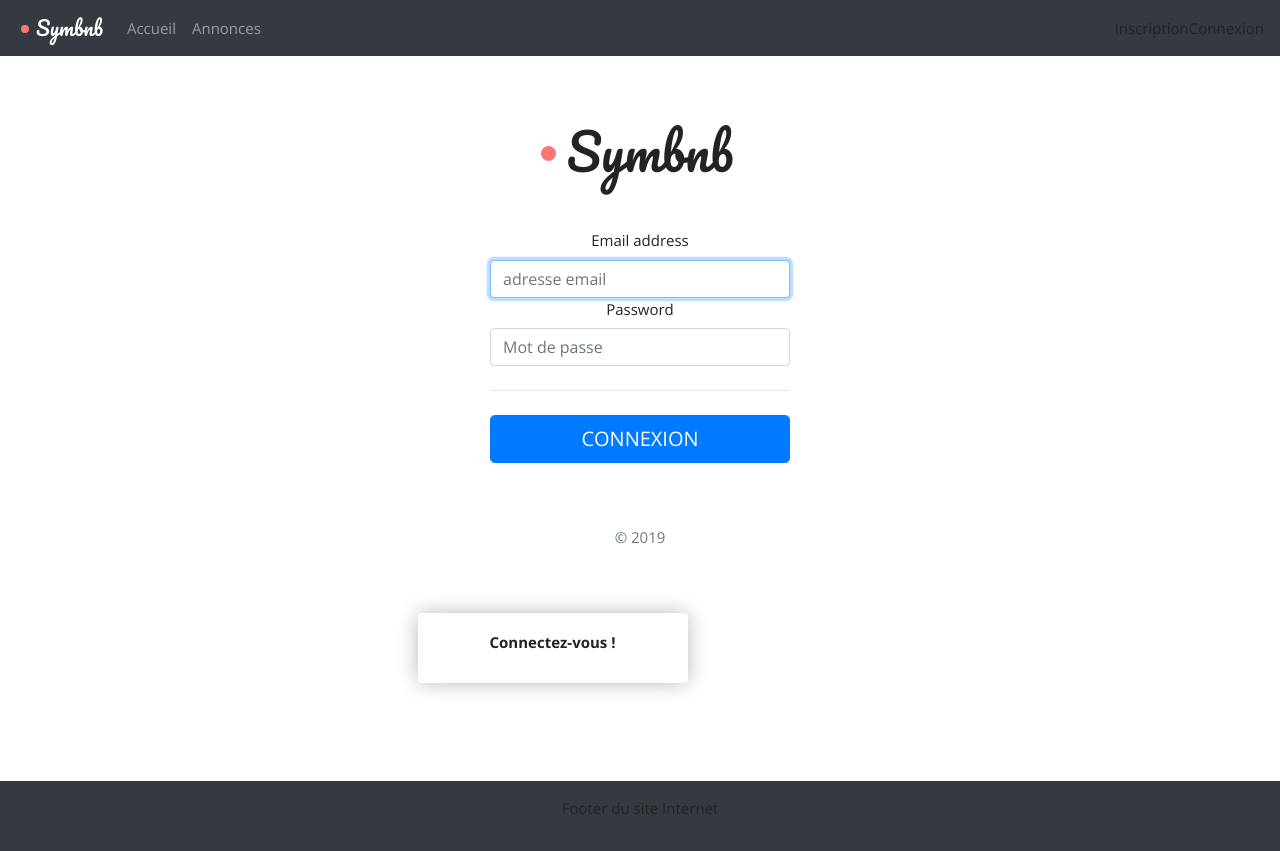
Repository: buzzEclair/symbnb
Page: templates/account/login.html.twig
An editor plug-in stored every save of this project. The page is shown before and after the next save, followed by the edit.
The browser window is 1280 px wide. The pictures show the whole page.
The page is a Twig template of a Symfony application; nobody is signed in and links lead nowhere. The template is opened directly, without the code that normally fills it, so the values that code supplies are empty.

Above is the page before, as saved 2019-03-15 14:14:03.

After the next save:
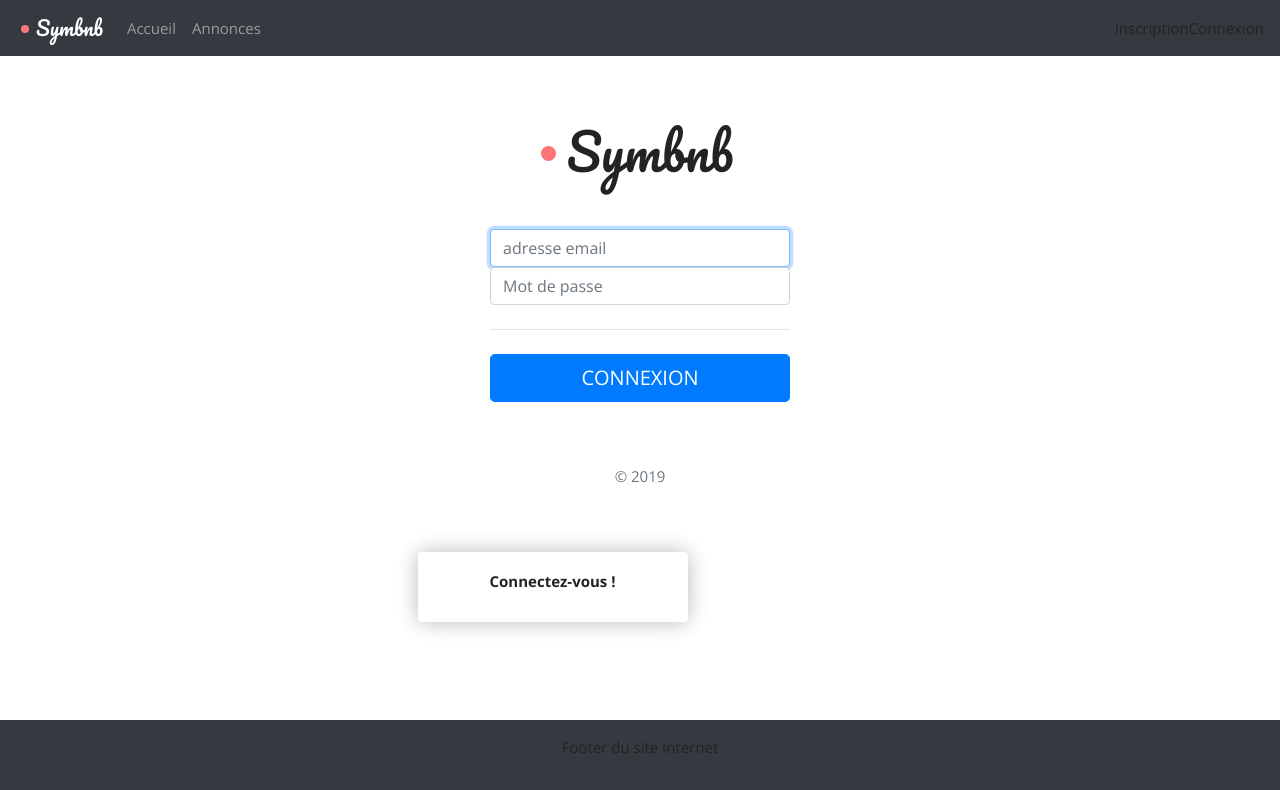
Saved 14 s later.
--- a/templates/account/login.html.twig
+++ b/templates/account/login.html.twig
@@ -12,13 +12,12 @@
                  {% endif %}
                  <form class="form-signin" action="{{ path('account_login') }}" method="POST">
                     <div class="form-label-group">
-                        <label for="email" class="text-left">Email address</label>
 
                         <input type="text" class="form-control" name="_username" id="email" placeholder="adresse email" required autofocus value={{username}}>
                     </div>
 
                     <div class="form-label-group">
-                        <label for="password" class="text-left">Password</label>
+
                         <input type="password" name="_password" id="password" placeholder="Mot de passe" class="form-control" required >
 
                     </div>
